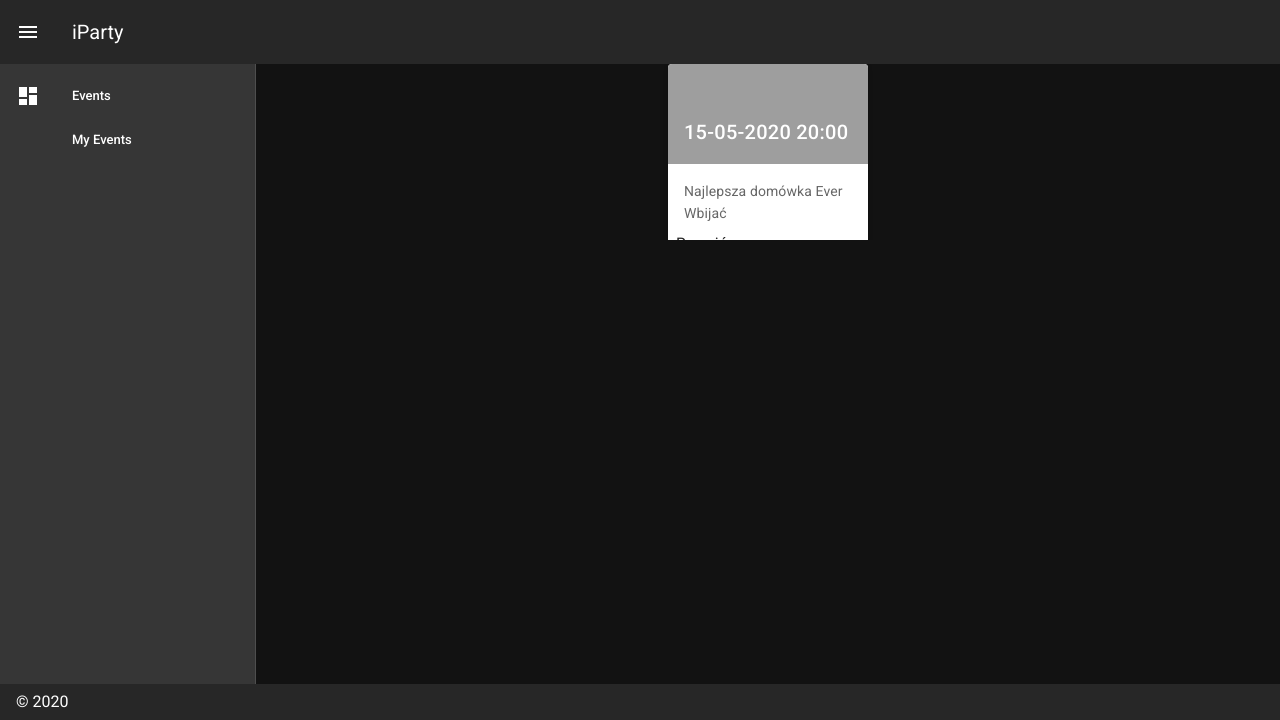
Repository: hexanek/partyapp
Page: /
The author's editor kept a copy of each file at every save. The page is drawn from the files as they stood at one save, then again after the next save.
The browser window is 1280 px wide. The pictures show the whole page.
Pictures or frames that could not be fetched are drawn as grey boxes. The project was rebuilt for these pictures with package versions that can differ from the ones it lists, and the page was loaded fresh each time. Also part of the build but not shown: vue.config.js, src/components/PopupDetails.vue.

Above is the page before, as saved 2020-01-25 10:51:59.

### public/index.html
<!DOCTYPE html>
<html lang="en">
  <head>
    <meta charset="utf-8">
    <meta http-equiv="X-UA-Compatible" content="IE=edge">
    <meta name="viewport" content="width=device-width,initial-scale=1.0">
    <link rel="icon" href="<%= BASE_URL %>favicon.ico">
    <title>party-app</title>
    <link rel="stylesheet" href="https://fonts.googleapis.com/css?family=Roboto:100,300,400,500,700,900">
    <link rel="stylesheet" href="https://cdn.jsdelivr.net/npm/@mdi/font@latest/css/materialdesignicons.min.css">
  </head>
  <body>
    <noscript>
      <strong>We're sorry but party-app doesn't work properly without JavaScript enabled. Please enable it to continue.</strong>
    </noscript>
    <div id="app"></div>
    <!-- built files will be auto injected -->
  </body>
</html>

### src/main.js
import Vue from 'vue'
import App from './App.vue'
import vuetify from './plugins/vuetify';
import store from './store'
import router from './router'

Vue.config.productionTip = false

new Vue({
  vuetify,
  store,
  router,
  render: h => h(App)
}).$mount('#app')

### src/App.vue
<template>
  <v-app>
     <popup-details
        v-if="details"
        ></popup-details>

    <navbar>
    </navbar>
    <v-content>
      <v-responsive>

      <gmap
      @clickshow = "showDetails"
      >

      </gmap>

      </v-responsive>
      </v-content>
    <Footer>

    </Footer>
  </v-app>
</template>

<script>
import Navbar from "./components/Navbar";
import Footer from "./components/Footer";
import Gmap from "./components/Gmap";
import PopupDetails from "./components/PopupDetails";

export default {
  name: "App",

  components: {
    Navbar,
    Footer,
    Gmap,
    PopupDetails
  },

  data: () => ({
    details: false
    //
  }),
  methods: {
    showDetails: function() {
      this.details = !this.details;
    }
  }
};
</script>

### src/plugins/vuetify.js
import Vue from 'vue';
import Vuetify from 'vuetify/lib';
import VueRouter from 'vue-router'
import * as VueGoogleMaps from 'vue2-google-maps'


Vue.use(Vuetify);
Vue.use(VueRouter);
Vue.use(VueGoogleMaps, {
    load: {
        key: 'AIzaSyB6QzBesMB_MjqmuZF1p7hpCl8gg4kMEy8',
        libraries: 'places'
    }
})

export default new Vuetify({
    theme: {
        dark: true
    }
});

### src/router/index.js
import Vue from 'vue'
import VueRouter from 'vue-router'


Vue.use(VueRouter)

const routes = [
  {
    path: '/',
    name: 'home',

  },
  {
    path: '/about',
    name: 'about',
    // route level code-splitting
    // this generates a separate chunk (about.[hash].js) for this route
    // which is lazy-loaded when the route is visited.
    //component: () => import(/* webpackChunkName: "about" */ '../views/About.vue')
  }
]

const router = new VueRouter({
  routes
})

export default router

### src/components/Navbar.vue
<template>
    <div>
        <v-navigation-drawer
      v-model="drawer"
      app
      clipped
    >
      <v-list dense>
        <v-list-item link>
          <v-list-item-action>
            <v-icon>mdi-view-dashboard</v-icon>
          </v-list-item-action>
          <v-list-item-content>
            <v-list-item-title>Events</v-list-item-title>
          </v-list-item-content>
        </v-list-item>
        <v-list-item link>
          <v-list-item-action>
            <v-icon>mdi-settings</v-icon>
          </v-list-item-action>
          <v-list-item-content>
            <v-list-item-title>My Events</v-list-item-title>
          </v-list-item-content>
        </v-list-item>
      </v-list>
    </v-navigation-drawer>
     <v-app-bar
      flat
      app
      clipped-left
    >
      <v-app-bar-nav-icon @click.stop="drawer = !drawer" />
      <v-toolbar-title>iParty</v-toolbar-title>

    </v-app-bar>
    </div>
</template>

<script>
export default {
  name: "Navbar",
  data: () => ({
    drawer: null
  })
};
</script>

<style lang="scss" scoped>
</style>

### src/components/Footer.vue
<template>
    <div>
        <v-footer app>
            <span>&copy; 2020</span>
        </v-footer>
    </div>
</template>

<script>
    export default {
        name: 'Footer',

        data: () => ({

        })
    }
</script>

<style lang="scss" scoped>

</style>

### src/components/Gmap.vue
<template>
  <div>
    <popup-details
    v-if="this.details"
    ></popup-details>
    <GmapMap
      :center="start"
      :zoom="10"
      map-type-id="roadmap"
      style="width: 100vw; height: 90vh"
      v-bind:options="mapStyle"
    >

      <gmap-info-window
        :options="infoOptions"
        :position="infoPosition"
        :opened="infoOpened"
        @closeclick="infoOpened = false"
      >

       <popup
       @clickshow="showDetails"
       ></popup>
      </gmap-info-window>
      <GmapMarker
        :key="key"
        v-for="(item, key) in coordinates"
        :position="getPosition(item)"
        :clickable="true"
        @click="toggleInfo(item, key)"
      />

    </GmapMap>

  </div>
</template>

<script>
import Popup from "./Popup";
import PopupDetails from "./PopupDetails";

export default {
  name: "Gmap",
  components: {
    Popup,
    PopupDetails
  },
  data: () => ({
    details: false,
    start: {
      lat: 54.51889,
      lng: 18.53188
    },
    coordinates: {
      0: {
        party: "Domowka",
        lat: 54.291,
        lng: 18.341
      },
      1: {
        party: "Klub",
        lat: 54.111,
        lng: 18.1
      }
    },
    infoPosition: null,
    infoContent: null,
    infoOpened: false,
    infoCurrentKey: null,
    infoOptions: {
      pixelOffset: {
        width: 0,
        height: -35
      }
    },
    mapStyle: {
      styles: [
        { elementType: "geometry", stylers: [{ color: "#242f3e" }] },
        { elementType: "labels.text.stroke", stylers: [{ color: "#242f3e" }] },
        { elementType: "labels.text.fill", stylers: [{ color: "#746855" }] },
        {
          featureType: "administrative.locality",
          elementType: "labels.text.fill",
          stylers: [{ color: "#d59563" }]
        },
        {
          featureType: "poi",
          elementType: "labels.text.fill",
          stylers: [{ color: "#d59563" }]
        },
        {
          featureType: "poi.park",
          elementType: "geometry",
          stylers: [{ color: "#263c3f" }]
        },
        {
          featureType: "poi.park",
          elementType: "labels.text.fill",
          stylers: [{ color: "#6b9a76" }]
        },
        {
          featureType: "road",
          elementType: "geometry",
          stylers: [{ color: "#38414e" }]
        },
        {
          featureType: "road",
          elementType: "geometry.stroke",
          stylers: [{ color: "#212a37" }]
        },
        {
          featureType: "road",
          elementType: "labels.text.fill",
          stylers: [{ color: "#9ca5b3" }]
        },
        {
          featureType: "road.highway",
          elementType: "geometry",
          stylers: [{ color: "#746855" }]
        },
        {
          featureType: "road.highway",
          elementType: "geometry.stroke",
          stylers: [{ color: "#1f2835" }]
        },
        {
          featureType: "road.highway",
          elementType: "labels.text.fill",
          stylers: [{ color: "#f3d19c" }]
        },
        {
          featureType: "transit",
          elementType: "geometry",
          stylers: [{ color: "#2f3948" }]
        },
        {
          featureType: "transit.station",
          elementType: "labels.text.fill",
          stylers: [{ color: "#d59563" }]
        },
        {
          featureType: "water",
          elementType: "geometry",
          stylers: [{ color: "#17263c" }]
        },
        {
          featureType: "water",
          elementType: "labels.text.fill",
          stylers: [{ color: "#515c6d" }]
        },
        {
          featureType: "water",
          elementType: "labels.text.stroke",
          stylers: [{ color: "#17263c" }]
        }
      ]
    }
  }),
  methods: {
    getPosition: function(marker) {
      return {
        lat: parseFloat(marker.lat),
        lng: parseFloat(marker.lng)
      };
    },
    toggleInfo: function(marker, key) {
      this.infoPosition = this.getPosition(marker);
      this.infoContent = marker.party;
      if (this.infoCurrentKey === key) {
        this.infoOpened = !this.infoOpened;
      } else {
        this.infoOpened = true;
        this.infoCurrentKey = key;
      }
    },
    showDetails: function() {
      this.details = !this.details;
    }
  }
};
</script>

<style lang="scss" scoped></style>

### src/components/Popup.vue
<template>
    <div>
        <v-card
    class="mx-auto"
    max-width="200"
    light

  >
    <v-img
      class="white--text align-end"
      height="100px"
      src="https://cdn.vuetifyjs.com/images/cards/docks.jpg"
    >
      <v-card-title>15-05-2020 20:00</v-card-title>
    </v-img>

    <v-card-subtitle class="pb-0">Najlepsza domówka Ever</v-card-subtitle>

    <v-card-text class="pb-0">
      <div>Wbijać</div>

    </v-card-text>

    <v-card-actions>
      <template v-slot:activator="{ on }">
        <v-btn color="primary" dark v-on="on">Open Dialog</v-btn>
      </template>
        Rozwiń
      </v-btn>
    </v-card-actions>
  </v-card>
  <v-row justify="center">
    <v-dialog v-model="dialog" persistent max-width="290">

      <v-card>
        <v-card-title class="headline">Use Google's location service?</v-card-title>
        <v-card-text>Let Google help apps determine location. This means sending anonymous location data to Google, even when no apps are running.</v-card-text>
        <v-card-actions>
          <v-spacer></v-spacer>
          <v-btn color="green darken-1" text @click="dialog = false">Disagree</v-btn>
          <v-btn color="green darken-1" text @click="dialog = false">Agree</v-btn>
        </v-card-actions>
      </v-card>
    </v-dialog>
  </v-row>
    </div>
</template>

<script>
export default {
  name: "Popup",
  components: {},
  data: () => ({
    return: {
      dialog: false
    }
  }),
  methods: {
    showdetails: function() {
      this.$emit("clickshow");
    }
  }
};
</script>

<style lang="scss" scoped>
</style>

Loaded but not shown: src/store/index.js (common file)

After the next save:
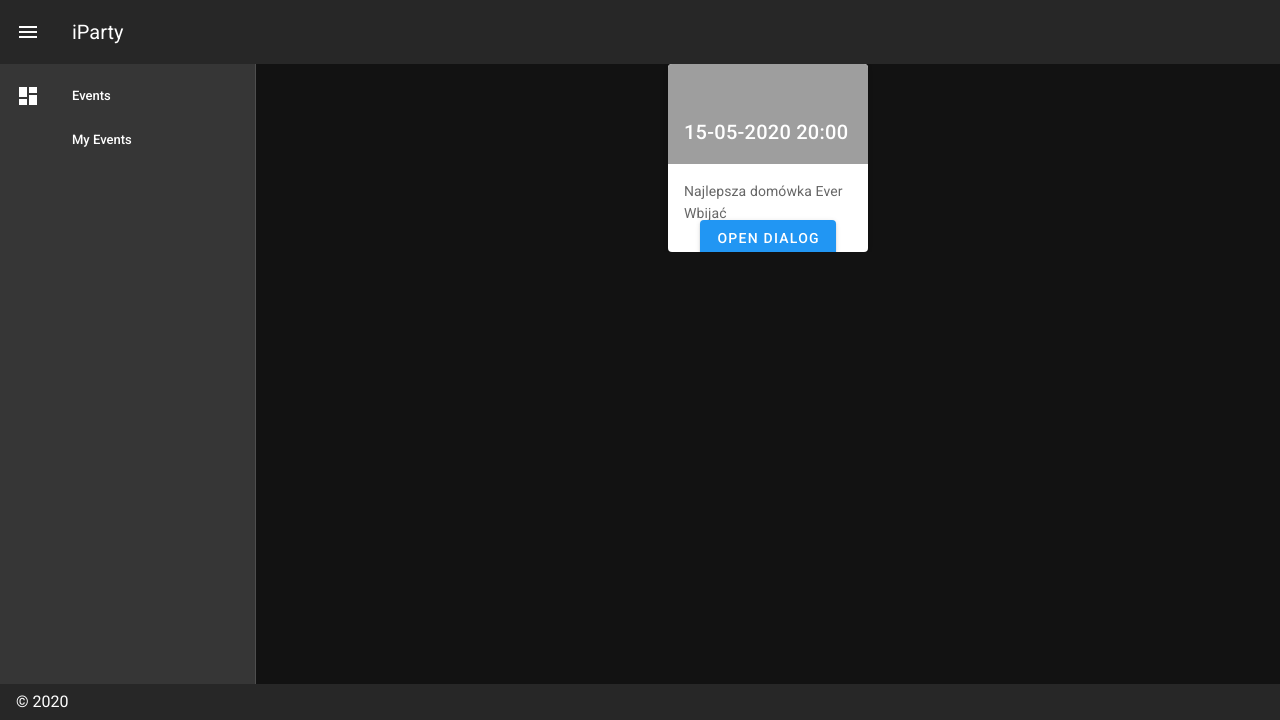
Saved 97 s later.
--- a/src/components/Popup.vue
+++ b/src/components/Popup.vue
@@ -22,16 +22,11 @@
     </v-card-text>
 
     <v-card-actions>
+      <v-row justify="center">
+    <v-dialog v-model="dialog" persistent max-width="290">
       <template v-slot:activator="{ on }">
         <v-btn color="primary" dark v-on="on">Open Dialog</v-btn>
       </template>
-        Rozwiń
-      </v-btn>
-    </v-card-actions>
-  </v-card>
-  <v-row justify="center">
-    <v-dialog v-model="dialog" persistent max-width="290">
-
       <v-card>
         <v-card-title class="headline">Use Google's location service?</v-card-title>
         <v-card-text>Let Google help apps determine location. This means sending anonymous location data to Google, even when no apps are running.</v-card-text>
@@ -43,6 +38,8 @@
       </v-card>
     </v-dialog>
   </v-row>
+    </v-card-actions>
+  </v-card>
     </div>
 </template>
 
